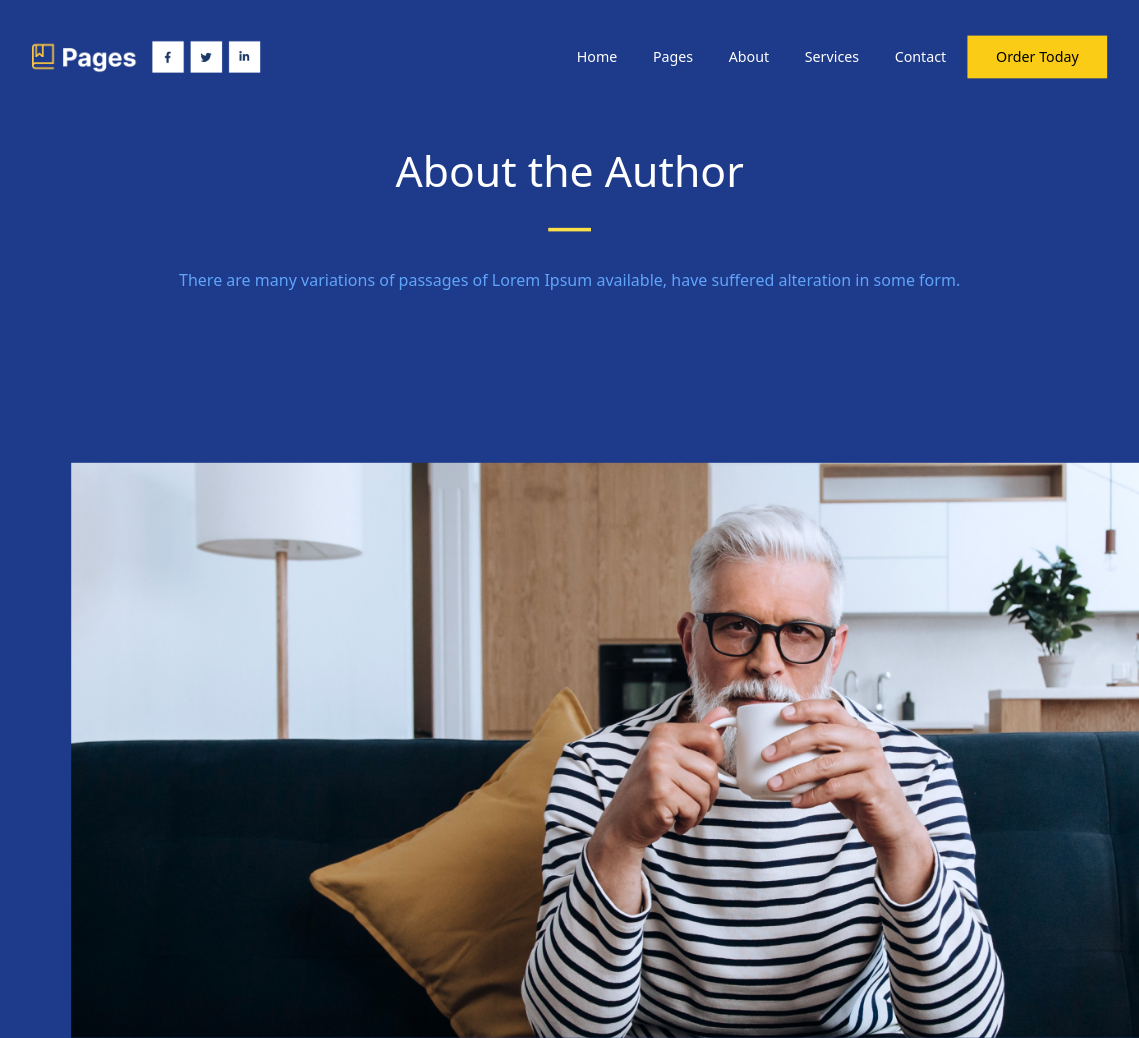
Repository: Godnorg/Class3
Page: index.html
The author's editor kept a copy of each file at every save. The page is drawn from the files as they stood at one save, then again after the next save.
The browser window is 1280 px wide. The pictures show the whole page, at 89% of full size.
Some web libraries are served in a nearby version.

Above is the page before, as saved 2023-02-18 18:59:44.

### index.html
<!DOCTYPE html>
<html lang="en">
<head>
    <meta charset="UTF-8">
    <meta http-equiv="X-UA-Compatible" content="IE=edge">
    <meta name="viewport" content="width=device-width, initial-scale=1.0">
    <title>Class3</title>
    <script src="https://cdn.tailwindcss.com"></script>
</head>
<body class="w-full bg-blue-900">
<div class="flex items-center justify-between w-full pt-10 mx-auto px-9 max-w-7xl">
    <div class="flex gap-4 ">
    <img src="./Logo.png">
    <img src="./soc-icons.png" class="h-9">
    </div>
    <div class="flex gap-6">
        <ul class="flex items-center gap-10 text-white">
            <li><a href="#">Home</a></li>
            <li><a href="#">Pages</a></li>
            <li><a href="#">About</a></li>
            <li><a href="#">Services</a></li>
            <li><a href="#">Contact</a></li>
        </ul>
        <button class="px-8 py-3 mx-auto bg-yellow-400 font-sans-serif">Order Today</button>
    </div>
    </div>
    <div class="items-center mx-auto">
    <h1 class="items-center pt-20 pb-10 text-5xl text-center text-white">About the Author</h1>
        <div
            class="items-center w-12 h-1 mx-auto text-center bg-yellow-300">
        </div>
        <p class="items-center pt-10 pb-20 mx-auto text-lg text-center text-blue-400">There are many variations of passages of Lorem Ipsum available, have suffered alteration in some form.</p>
    </div>
    <div class= bg-slate-100">
        <div class="relative w-full pl-20 mx-auto pt-28 bg-color-white max-w-7xl">
        <img src="./oldman2.jpg">
        </div>
        <div>
            <div class="display">

            </div>
        </div>
    </div>

</body>
</html>

After the next save:
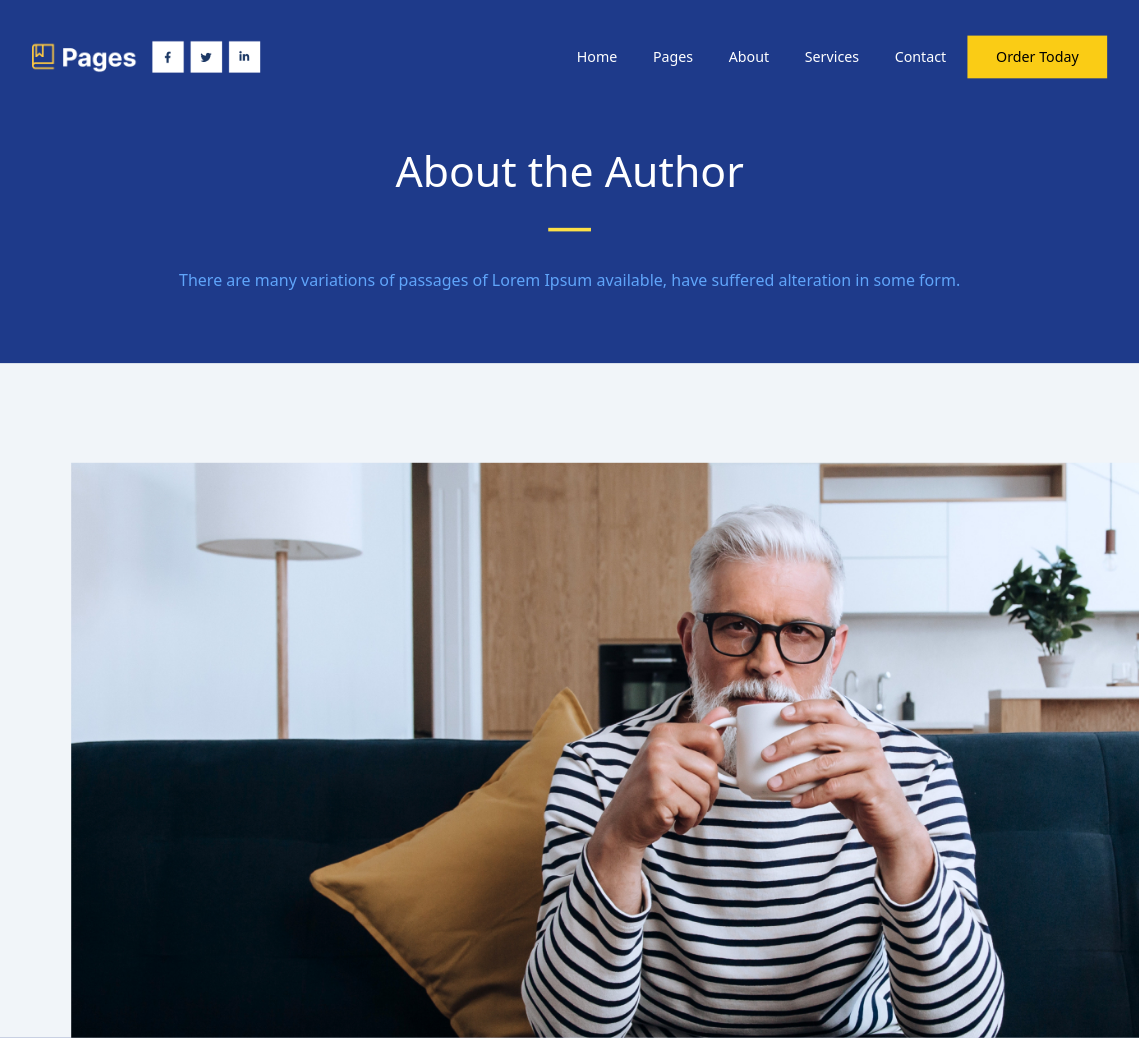
Saved 2 s later.
--- a/index.html
+++ b/index.html
@@ -31,7 +31,7 @@
         </div>
         <p class="items-center pt-10 pb-20 mx-auto text-lg text-center text-blue-400">There are many variations of passages of Lorem Ipsum available, have suffered alteration in some form.</p>
     </div>
-    <div class= bg-slate-100">
+    <div class= "bg-slate-100">
         <div class="relative w-full pl-20 mx-auto pt-28 bg-color-white max-w-7xl">
         <img src="./oldman2.jpg">
         </div>
